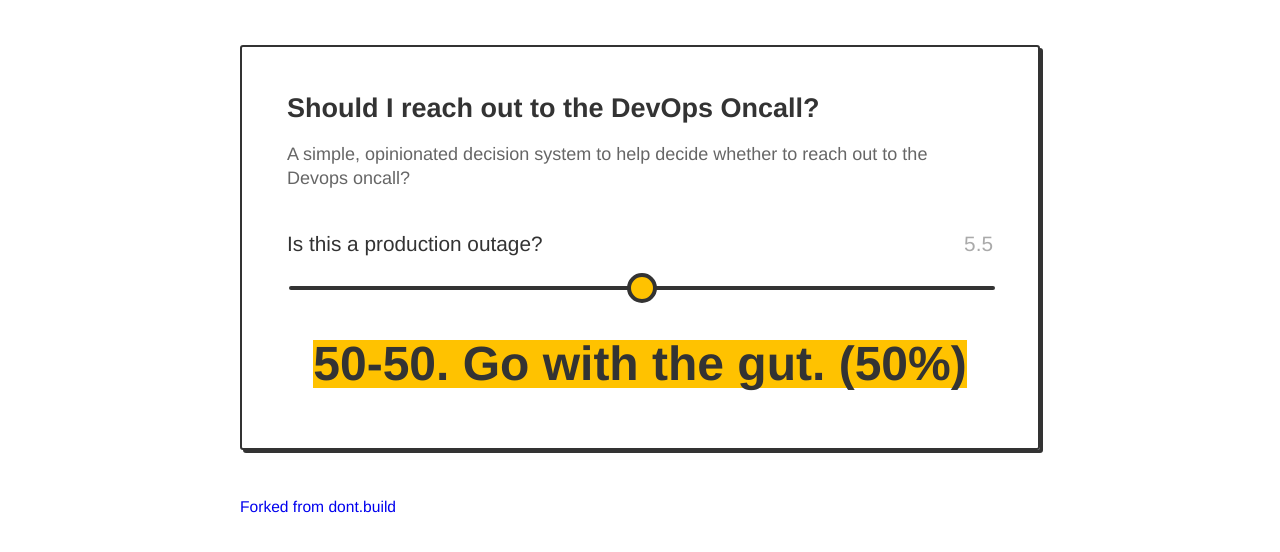
Repository: harishbsrinivas/dont.call
Page: index.html
The author's editor kept a copy of each file at every save. The page is drawn from the files as they stood at one save, then again after the next save.
The browser window is 1280 px wide. The pictures show the whole page.

Above is the page before, as saved 2022-12-03 17:11:57.
Console error: TypeError: Cannot set properties of null (setting 'value')

After the next save:
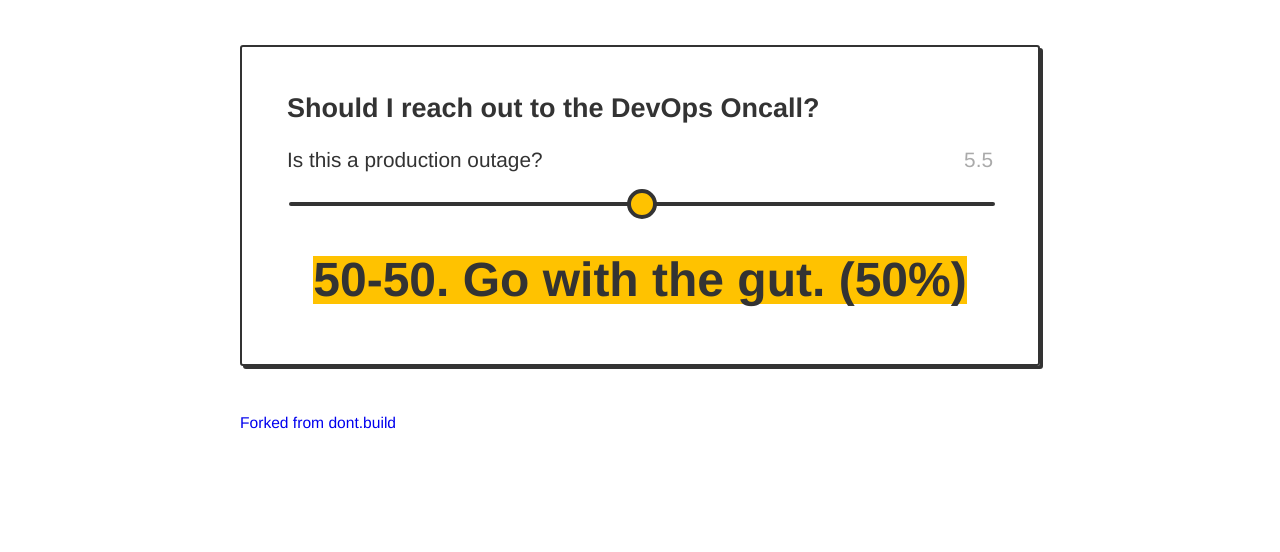
Saved 10 s later.
--- a/index.html
+++ b/index.html
@@ -17,7 +17,6 @@
     <div class="container">
         <section class="box">
             <h1 class="title">Should I reach out to the DevOps Oncall?</h1>
-            <p>A simple, opinionated decision system to help decide whether to reach out to the Devops oncall?</p>
             <br />
             <form class="form">
                 <fieldset class="p-users">
